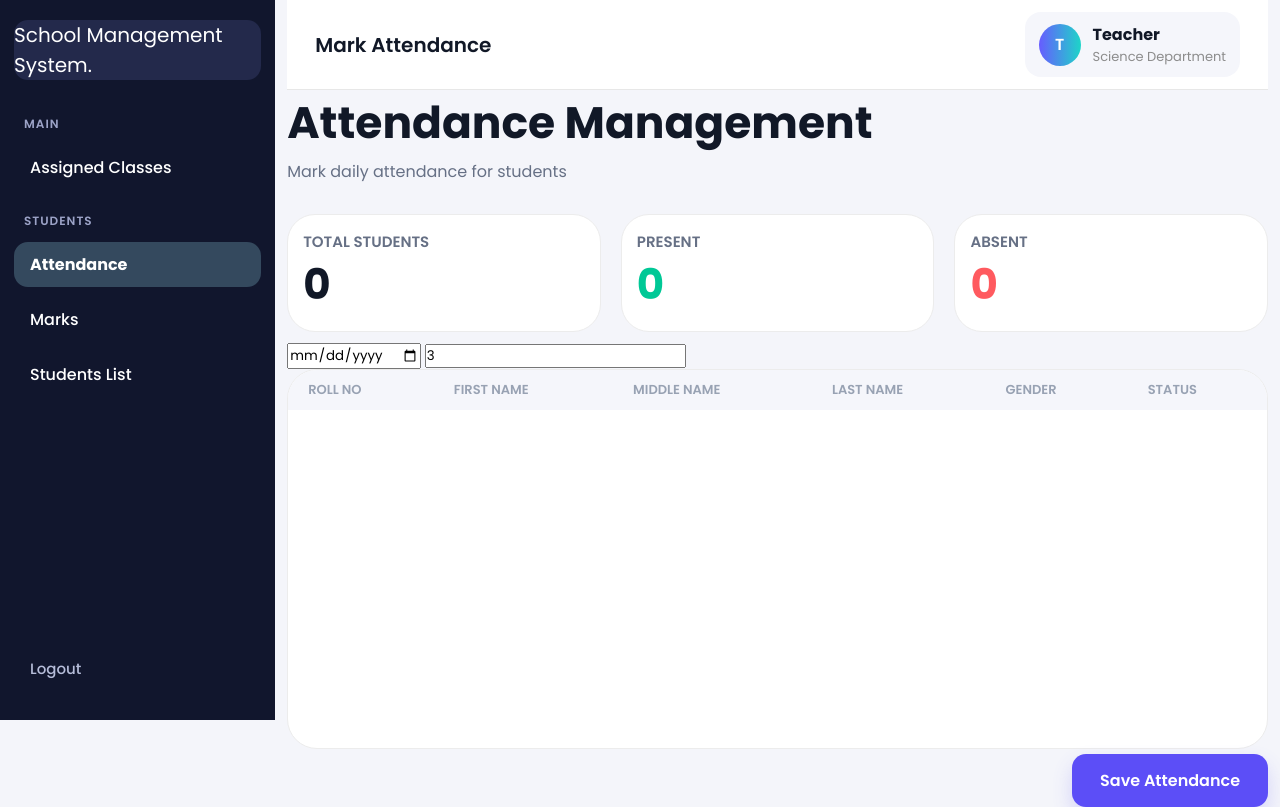
Repository: rohit-rk-07/school_management_system
Page: http://localhost/School_Management_System/teacher/attendance.jsp
These files come from the project's save history. The page is drawn as it stood at one moment and after the next save; the edit follows.
The browser window is 1280 px wide. The pictures show the whole page.
The page is served by Tomcat 10. Queries for data that is not in the repository find no rows.

Above is the page before, as saved 2026-05-24 07:31:56.
Console error: TypeError: Cannot read properties of null (reading 'addEventListener')

After the next save:
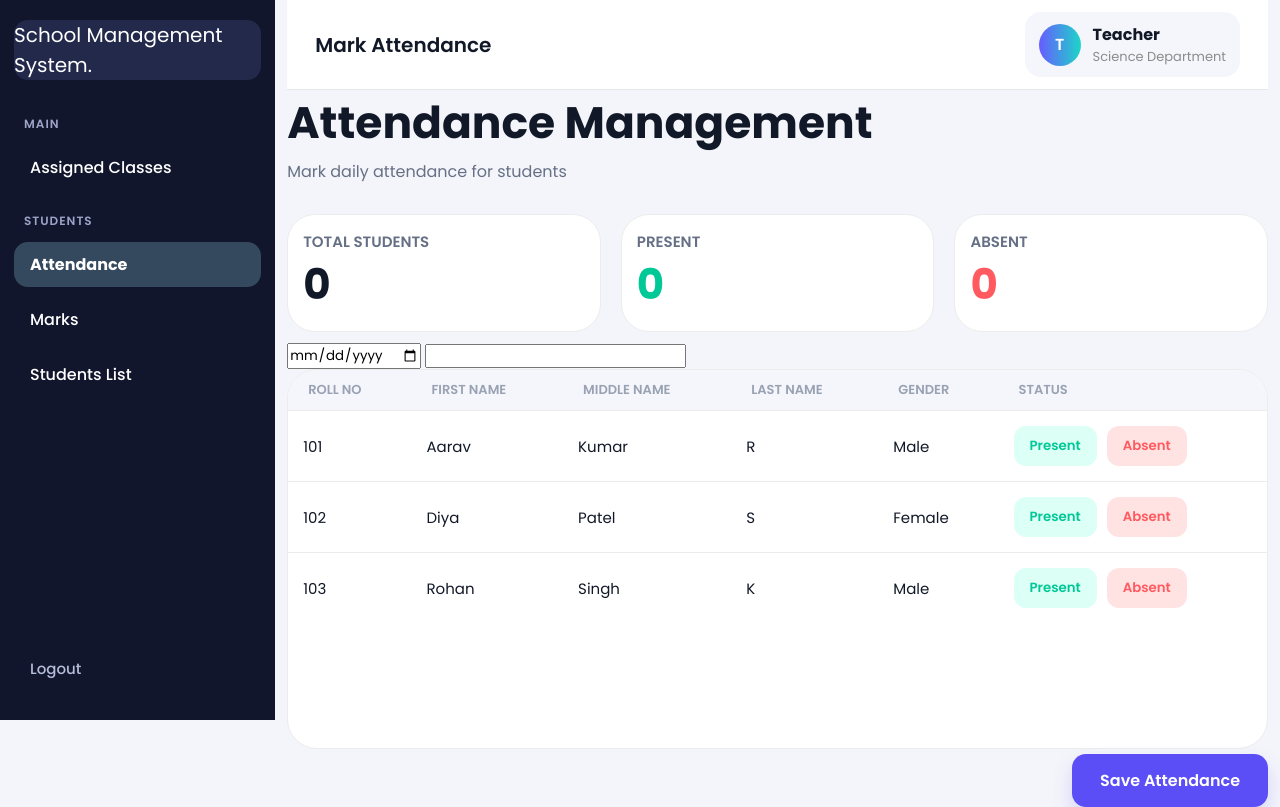
Saved 6 s later.
--- a/School_Management_System/src/main/webapp/teacher/attendance.jsp
+++ b/School_Management_System/src/main/webapp/teacher/attendance.jsp
@@ -340,7 +340,7 @@
 
 <div class="attendanceFilterSection">
     <input type="date"id="attendanceDate" class="attendanceFilterInput">
-    <input type="number" id="classId" value="3">
+    <input type="number" id="classId" value="">
 </div>
 
 <!-- =========================

After the save that followed:
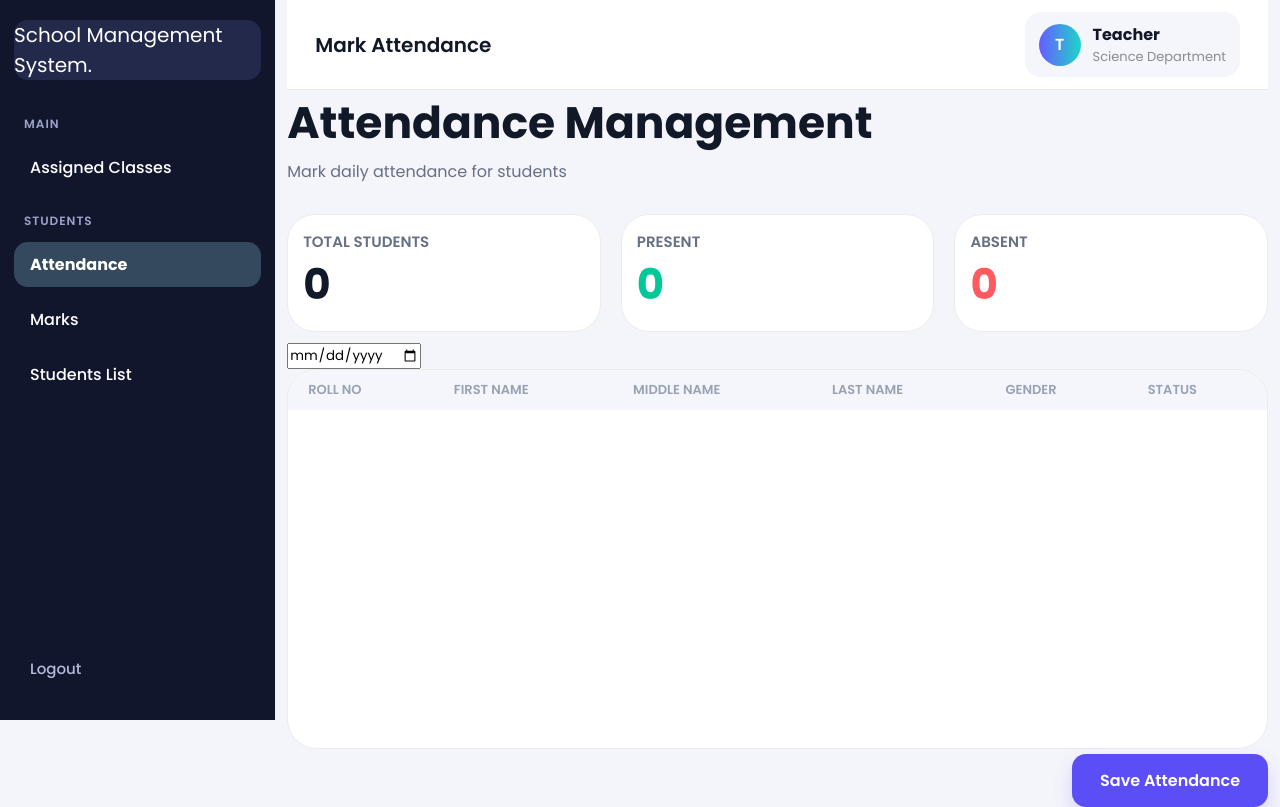
Saved 30 s later.
--- a/School_Management_System/src/main/webapp/teacher/attendance.jsp
+++ b/School_Management_System/src/main/webapp/teacher/attendance.jsp
@@ -340,7 +340,7 @@
 
 <div class="attendanceFilterSection">
     <input type="date"id="attendanceDate" class="attendanceFilterInput">
-    <input type="number" id="classId" value="">
+    <input type="hidden" id="classId" value="1">
 </div>
 
 <!-- =========================
